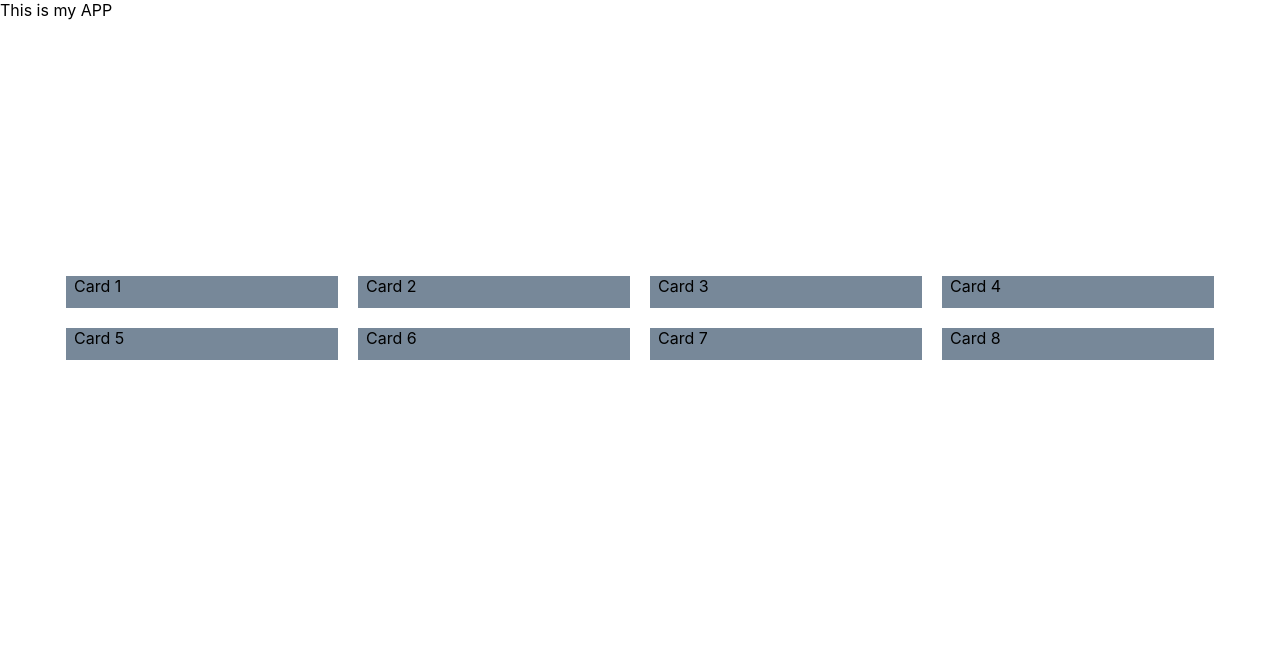
Repository: vnevescode/ui-components-react
Page: /
An editor plug-in stored every save of this project. The page is shown before and after the next save, followed by the edit.
The browser window is 1280 px wide. The pictures show the whole page.
The project was rebuilt for these pictures with package versions that can differ from the ones it lists, and the page was loaded fresh each time.

Above is the page before, as saved 2022-06-09 22:25:14.

### src/App.js
import React from 'react';
import Cards from './components/Cards/Cards';

function App() {
  return (
    <div className="App">
      <div>This is my APP</div>
      <Cards/>
    </div>
  );
}

export default App;

### src/components/Cards/Cards.jsx
import React from 'react'
import './Cards.style.css'

const Cards = () => {
  return (
    <>
        <div className="cards">
            {/* A card with given width */}
            <div className="cards__item">
                {'Card 1'}
            </div>
            {/* Repeat other cards */}
            <div className="cards__item">
                {'Card 2'}
            </div>
            <div className="cards__item">
                {'Card 3'}
            </div>
            <div className="cards__item">
                {'Card 4'}
            </div>
            <div className="cards__item">
                {'Card 5'}
            </div>
            <div className="cards__item">
                {'Card 6'}
            </div>
            <div className="cards__item">
                {'Card 7'}
            </div>
            <div className="cards__item">
                {'Card 8'}
            </div>
        </div>
    </>
  )
}

export default Cards

### src/components/Cards/Cards.style.css

.cards{
    display: flex;
    /* flex-direction: column; */
    justify-content: center;
    flex-wrap: wrap;
    gap: 20px;
    width: 100%;
    margin-top: 20%;
}

.cards__item{
    /* width: 50px;*/
    height: 2rem;
    flex-basis: 20%;
    padding-left: 8px;
    padding-right: 8px;
    background-color: lightslategray;
}

Loaded but not shown: public/index.html (common file); src/index.js (common file); src/index.css (common file)

After the next save:
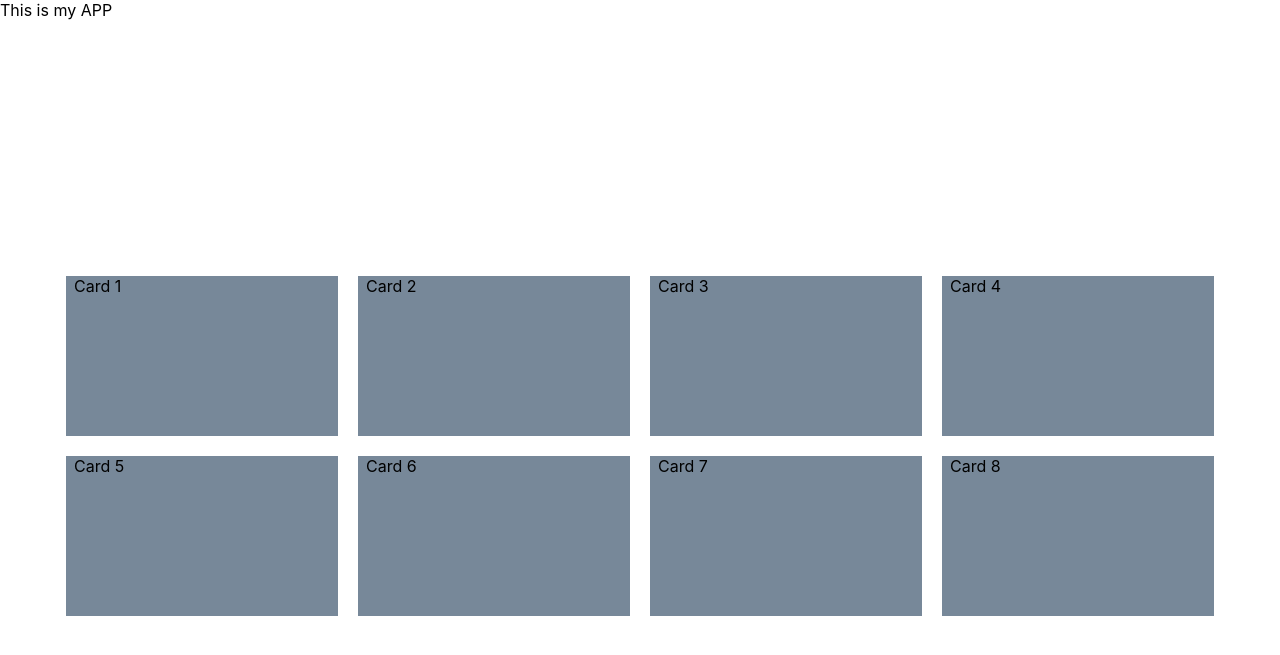
Saved 4 s later.
--- a/src/components/Cards/Cards.style.css
+++ b/src/components/Cards/Cards.style.css
@@ -11,7 +11,7 @@
 
 .cards__item{
     /* width: 50px;*/
-    height: 2rem;
+    height: 10rem;
     flex-basis: 20%;
     padding-left: 8px;
     padding-right: 8px;
